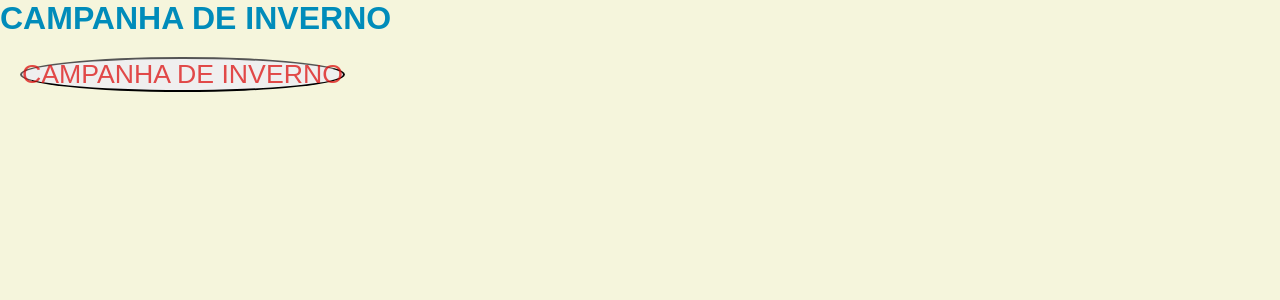
Repository: adrtrvs/qrcodeong
Page: campaignall.html
The author's editor kept a copy of each file at every save. The page is drawn from the files as they stood at one save, then again after the next save.
The browser window is 1280 px wide. The pictures show the whole page.
Some web fonts or font styles are not loaded; a fallback is used.

Above is the page before, as saved 2023-05-26 09:40:47.

After the next save:
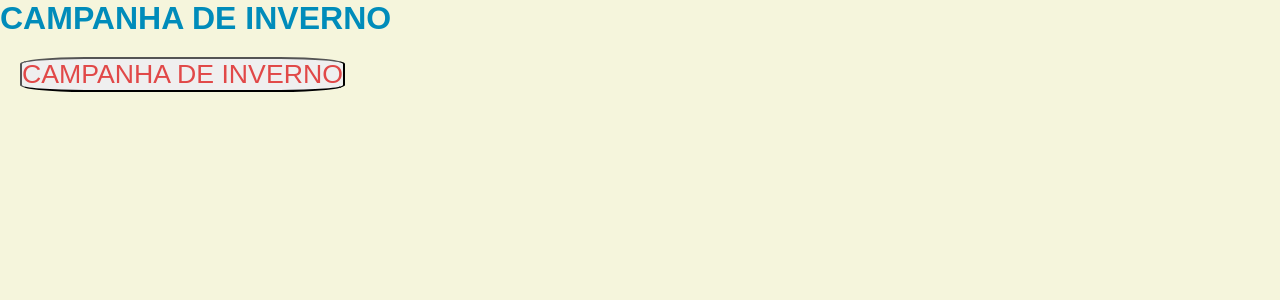
Saved 6 s later.
--- a/style.css
+++ b/style.css
@@ -161,7 +161,7 @@ div.trocorockn {
 .campaignbutton {
   text-align: center;
   margin: 20px;
-  border-radius: 50%;
+  border-radius: 20%;
 }
 
 .campaignbutton a {
